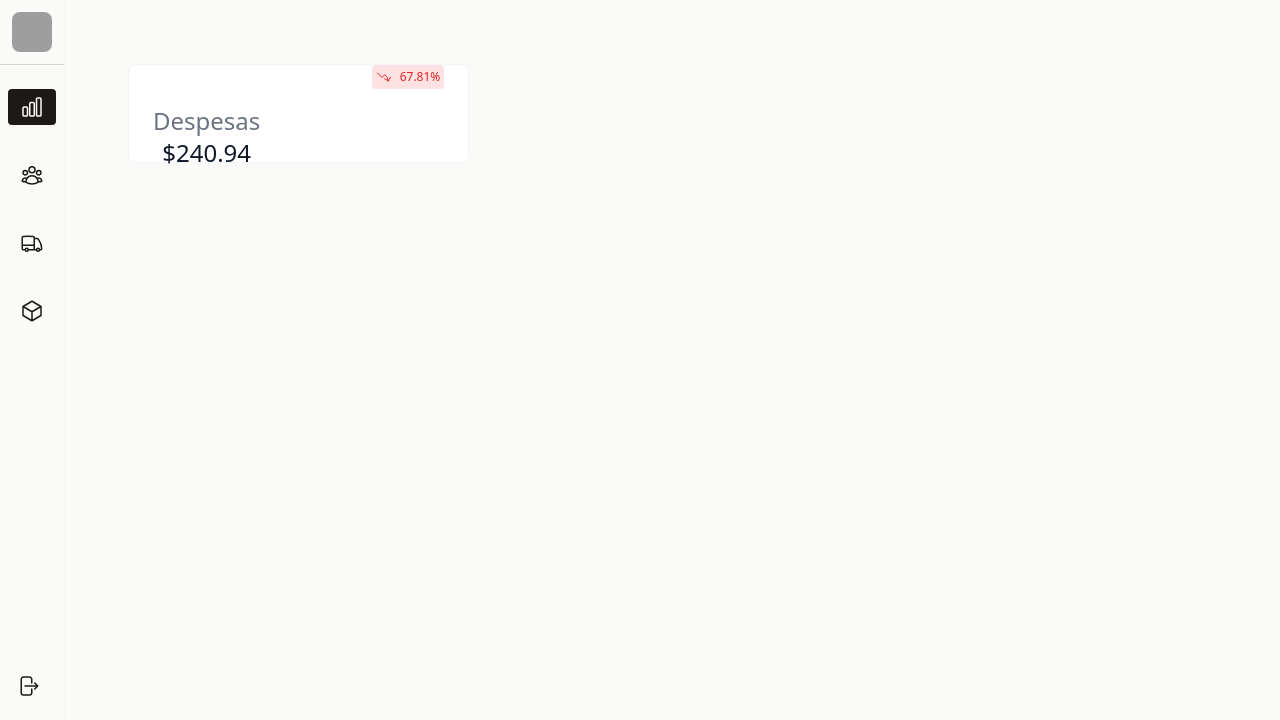
Repository: XavierOtavio/Cuzinhas
Page: /dashboard
An editor plug-in stored every save of this project. The page is shown before and after the next save, followed by the edit.
The browser window is 1280 px wide. The pictures show the whole page.
Pictures or frames that could not be fetched are drawn as grey boxes. The project was rebuilt for these pictures with package versions that can differ from the ones it lists, and the page was loaded fresh each time. Also part of the build but not shown: src/components/Orders.js, src/components/Employees.js, src/components/Login.js, src/components/Register.js, src/components/Home.js, src/components/Logotipo.js, src/components/Header.js, src/components/Footer.js and 1 more.

Above is the page before, as saved 2023-03-08 18:37:19.

### src/App.js
import { Route, Routes } from "react-router-dom";
import LayoutBackend from "./components/LayoutBackend";
import Dashboard from "./components/Dashboard";
import Orders from "./components/Orders";
import Employees from "./components/Employees";
import Login from "./components/Login";
import Register from "./components/Register";
import Home from "./components/Home";
import LayoutFront from "./components/LayoutFront";

function App() {
  return (
    <div className="App">
      <Routes>
        <Route path="/dashboard" element={<LayoutBackend />}>
          <Route path="" element={<Dashboard />} />
          <Route path="orders" element={<Orders />} />
          <Route path="employees" element={<Employees />} />
        </Route>
        <Route path="" element={<LayoutFront />}>
          <Route path="/" element={<Home />} />
        </Route>
        <Route path="/login" element={<Login />} />
        <Route path="/register" element={<Register />} />
      </Routes>
    </div>
  );
}

export default App;

### src/components/LayoutBackend.js
import React from "react";
import SideBar from "./SideBar";
import { Outlet } from "react-router-dom";

export default function LayoutBackend() {
  return (
    <>
      <div className="absolute h-screen w-screen">
        <SideBar />
        <div className="relative flex h-full items-center justify-center bg-stone-50">
          <Outlet />
        </div>
      </div>
    </>
  );
}

### src/components/Dashboard.js
import React from "react";
import {
  ArrowTrendingUpIcon,
  ArrowTrendingDownIcon,
} from "@heroicons/react/24/outline";

export default function Dashboard() {
  return (
    <div className="absolute inset-0 mx-32 my-16 grid grid-cols-12 grid-rows-6">
      <div className="row-start-1 row-end-2 col-start-1 col-end-5">
        <button class="flex flex-col gap-4 rounded-lg border border-gray-100 bg-white w-full h-full p px-6">
          <div class="inline-flex gap-2 self-end rounded bg-red-100 p-1 text-red-600">
            <ArrowTrendingDownIcon className="h-4 w-4" />

            <span class="text-xs font-medium"> 67.81% </span>
          </div>

          <div>
            <strong class="block text-left text-2xl font-medium text-gray-500">
              Despesas
            </strong>

            <p>
              <span class="text-2xl font-medium text-gray-900"> $240.94 </span>
            </p>
          </div>
        </button>
      </div>
    </div>
  );
}

### src/components/SideBar.js
import React from "react";
import { Link, useLocation } from "react-router-dom";
import {
  ArrowRightOnRectangleIcon,
  ChartBarIcon,
  CubeIcon,
  TruckIcon,
  UserGroupIcon,
} from "@heroicons/react/24/outline";

export default function SideBar() {
  const location = useLocation();
  return (
    <div className="absolute inset-y-0 left-0 z-10 w-16 shadow-sm bg-stone-50">
      <div>
        <div className="inline-flex h-16 w-16 items-center justify-center">
          <Link
            to="/profile"
            className="group relative flex justify-center rounded"
          >
            <img
              alt="user"
              className="rounded-lg h-10 w-10"
              src="https://cdn.discordapp.com/attachments/1082425024104894666/1082799435727253584/xSVMV6xD9Cf7K56wjeEF--1--2htnr.jpg"
            />
            <span className="absolute left-full text-left whitespace-nowrap top-1/2 ml-4 -translate-y-1/2 rounded bg-stone-900 px-2 py-1.5 text-xs font-medium text-stone-50 opacity-0 group-hover:opacity-100">
              Perfil <p className="font-light">Xavier Otávio</p>
            </span>
          </Link>
        </div>
        <div className="border-t border-stone-300">
          <nav aria-label="Main" className="flex flex-col p-2">
            <div className="py-4">
              <Link
                to="/dashboard"
                className={`group relative flex  justify-center rounded  px-2 py-1.5  ${
                  location.pathname === "/dashboard"
                    ? "bg-stone-900 text-stone-50"
                    : "bg-stone-50 text-stone-900"
                }`}
              >
                <ChartBarIcon className="h-6 w-6" />
                <span className="absolute left-full top-1/2 ml-4 -translate-y-1/2 rounded bg-stone-900 px-2 py-1.5 text-xs font-medium text-stone-50 opacity-0 group-hover:opacity-100">
                  Dashboard
                </span>
              </Link>
            </div>
            <div className="py-4">
              <Link
                to="/dashboard/employees"
                className={`group relative flex  justify-center rounded  px-2 py-1.5  ${
                  location.pathname === "/dashboard/employees"
                    ? "bg-stone-900 text-stone-50"
                    : "bg-stone-50 text-stone-900"
                }`}
              >
                <UserGroupIcon className="h-6 w-6" />
                <span className="absolute left-full top-1/2 ml-4 -translate-y-1/2 rounded bg-stone-900 px-2 py-1.5 text-xs font-medium text-stone-50 opacity-0 group-hover:opacity-100">
                  Empregados
                </span>
              </Link>
            </div>
            <div className="py-4">
              <Link
                to="/dashboard/orders"
                className={`group relative flex  justify-center rounded  px-2 py-1.5  ${
                  location.pathname === "/dashboard/orders"
                    ? "bg-stone-900 text-stone-50"
                    : "bg-stone-50 text-stone-900"
                }`}
              >
                <TruckIcon className="h-6 w-6" />
                <span className="absolute left-full top-1/2 ml-4 -translate-y-1/2 rounded bg-stone-900 px-2 py-1.5 text-xs font-medium text-stone-50 opacity-0 group-hover:opacity-100">
                  Encomendas
                </span>
              </Link>
            </div>
            <div className="py-4">
              <Link
                to="/dashboard/stock"
                className={`group relative flex  justify-center rounded  px-2 py-1.5  ${
                  location.pathname === "/dashboard/stock"
                    ? "bg-stone-900 text-stone-50"
                    : "bg-stone-50 text-stone-900"
                }`}
              >
                <CubeIcon className="h-6 w-6" />
                <span className="absolute left-full top-1/2 ml-4 -translate-y-1/2 rounded bg-stone-900 px-2 py-1.5 text-xs font-medium text-stone-50 opacity-0 group-hover:opacity-100">
                  Matérias-primas
                </span>
              </Link>
            </div>
            <div className="py-4 bottom-0 absolute">
              <Link
                to="/"
                className="group relative flex  justify-center rounded bg-stone-50 px-2 py-1.5 text-stone-900"
              >
                <ArrowRightOnRectangleIcon className="h-6 w-6" />
                <span className="absolute left-full top-1/2 ml-4 -translate-y-1/2 rounded bg-stone-900 px-2 py-1.5 text-xs font-medium text-stone-50 opacity-0 group-hover:opacity-100">
                  Sair
                </span>
              </Link>
            </div>
          </nav>
        </div>
      </div>
    </div>
  );
}

Loaded but not shown: public/index.html (common file); src/index.js (common file); src/index.css (common file); src/reportWebVitals.js (common file); tailwind.config.js (common file)

After the next save:
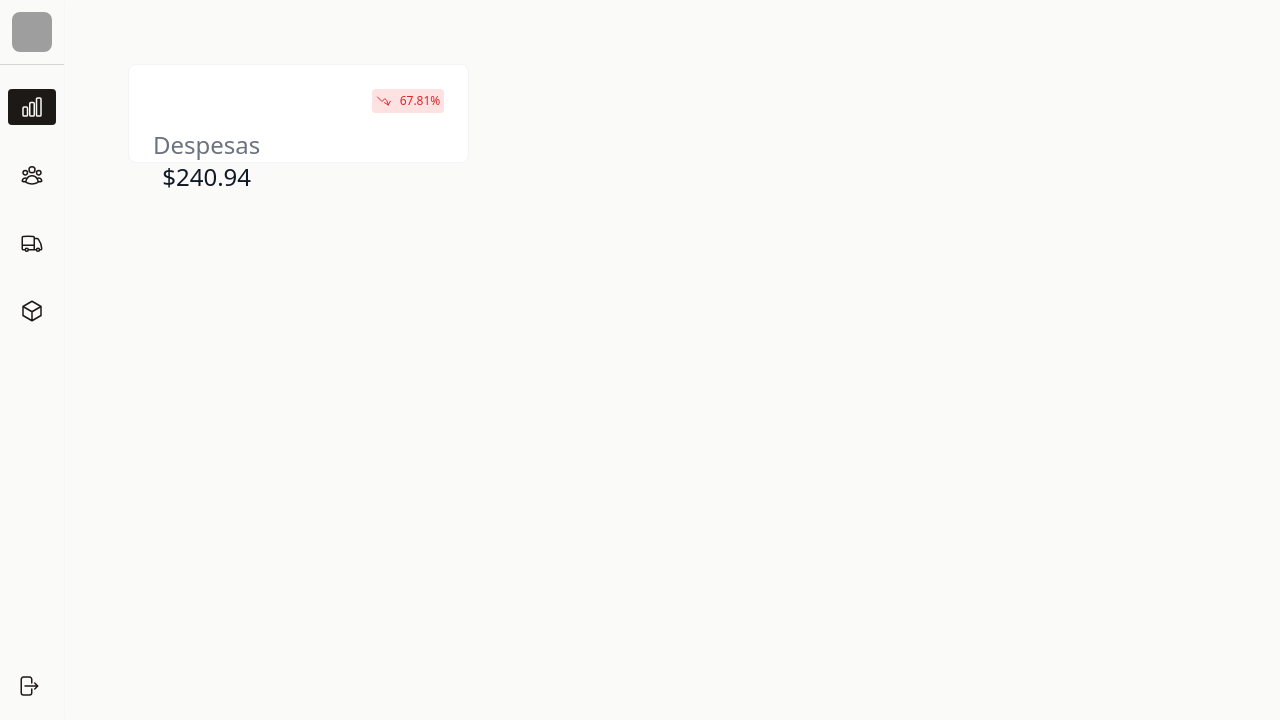
Saved 1 s later.
--- a/src/components/Dashboard.js
+++ b/src/components/Dashboard.js
@@ -8,7 +8,7 @@ export default function Dashboard() {
   return (
     <div className="absolute inset-0 mx-32 my-16 grid grid-cols-12 grid-rows-6">
       <div className="row-start-1 row-end-2 col-start-1 col-end-5">
-        <button class="flex flex-col gap-4 rounded-lg border border-gray-100 bg-white w-full h-full p px-6">
+        <button class="flex flex-col gap-4 rounded-lg border border-gray-100 bg-white w-full h-full  p-6">
           <div class="inline-flex gap-2 self-end rounded bg-red-100 p-1 text-red-600">
             <ArrowTrendingDownIcon className="h-4 w-4" />
 
